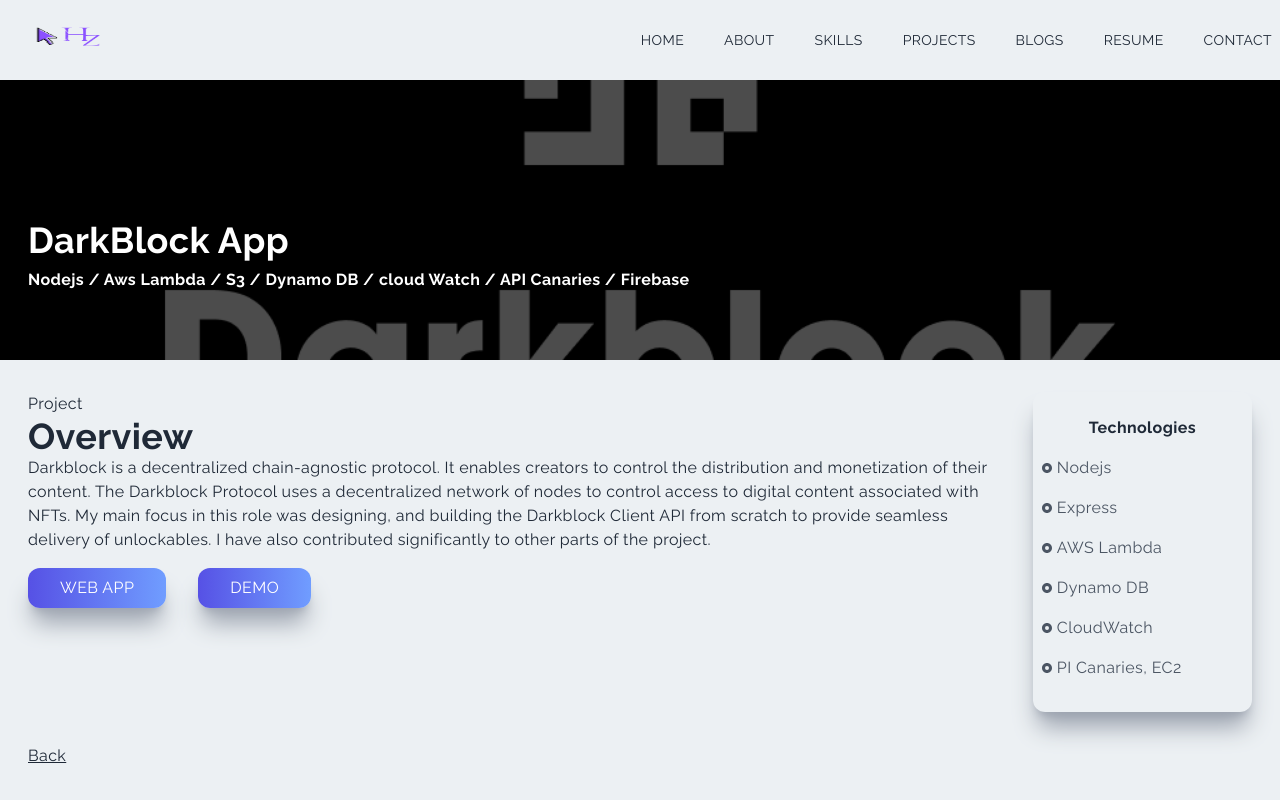
Repository: Hasnainzxc/testofolio
Page: /darkblock
These files come from the project's save history. The page is drawn as it stood at one moment and after the next save; the edit follows.
The browser window is 1280 px wide. The pictures show the whole page.
The project was rebuilt for these pictures with package versions that can differ from the ones it lists, and the page was loaded fresh each time. The framework's server and built-in components were replaced by stand-ins that run in the browser. Also part of the build but not shown: next.config.js.

Above is the page before, as saved 2023-01-29 06:09:25.

### pages/darkblock.jsx
import Image from 'next/image';
import React from 'react';
import darkblockImg from '../public/assets/sajidprojects/darkblock.jpg';
import { RiRadioButtonFill } from 'react-icons/ri';
import Link from 'next/link';

const darkblock = () => {
  return (
    <div className='w-full'>
      <div className='w-screen h-[50vh] relative'>
        <div className='absolute top-0 left-0 w-full h-[50vh] bg-black/70 z-10' />
        <Image
          className='absolute z-1'
          layout='fill'
          objectFit='cover'
          src={darkblockImg}
          alt='/'
        />
        <div className='absolute top-[70%] max-w-[1240px] w-full left-[50%] right-[50%] translate-x-[-50%] translate-y-[-50%] text-white z-10 p-2'>
          <h2 className='py-2'>DarkBlock App</h2>
          <h3>Nodejs / Aws Lambda / S3 / Dynamo DB / cloud Watch / API Canaries / Firebase</h3>
        </div>
      </div>

      <div className='max-w-[1240px] mx-auto p-2 grid md:grid-cols-5 gap-8 py-8'>
        <div className='col-span-4'>
          <p>Project</p>
          <h2>Overview</h2>

          <p>
Darkblock is a decentralized chain-agnostic protocol. It enables creators to control the distribution and monetization of their content.
The Darkblock Protocol uses a decentralized network of nodes to control access to digital content associated with NFTs.
My main focus in this role was designing, and building the Darkblock Client API from scratch to provide seamless delivery of unlockables.
I have also contributed significantly to other parts of the project.   </p>


          <a
            href='https://app.darkblock.io/'
            target='_blank'
            rel='noreferrer'
          >
            <button className='px-8 py-2 mt-4 mr-8'>WEB APP</button>
          </a>
          <a
            href='https://app.darkblock.io/'
            target='_blank'
            rel='noreferrer'
          >
            <button className='px-8 py-2 mt-4'>DEMO</button>
          </a>
        </div>
        <div className='col-span-4 md:col-span-1 shadow-xl shadow-gray-400 rounded-xl py-4'>
          <div className='p-2'>
            <p className='text-center font-bold pb-2'>Technologies</p>
            <div className='grid grid-cols-3 md:grid-cols-1'>
              <p className='text-gray-600 py-2 flex items-center'>
                <RiRadioButtonFill className='pr-1' /> Nodejs
              </p>
              <p className='text-gray-600 py-2 flex items-center'>
                <RiRadioButtonFill className='pr-1' /> Express
              </p>
              <p className='text-gray-600 py-2 flex items-center'>
                <RiRadioButtonFill className='pr-1' /> AWS Lambda
              </p>
              <p className='text-gray-600 py-2 flex items-center'>
                <RiRadioButtonFill className='pr-1' />  Dynamo DB
              </p>
              <p className='text-gray-600 py-2 flex items-center'>
                <RiRadioButtonFill className='pr-1' /> CloudWatch
              </p>
              <p className='text-gray-600 py-2 flex items-center'>
                <RiRadioButtonFill className='pr-1' /> PI Canaries, EC2
              </p>
            </div>
          </div>
        </div>
        <Link href='/#projects'>
  <p className='underline cursor-pointer transition duration-500 ease-in-out hover:text-indigo-500 transform hover:-translate-y-1 hover:scale-110'>Back</p>
</Link>


      </div>
    </div>
  );
};

export default darkblock;

### components/Navbar.jsx
import Image from 'next/image';
import Link from 'next/link';
import React, { useState, useEffect } from 'react';
import { AiOutlineClose, AiOutlineMail, AiOutlineMenu } from 'react-icons/ai';
import { FaGithub, FaLinkedinIn } from 'react-icons/fa';
import { BsFillPersonLinesFill } from 'react-icons/bs';
// import { useRouter } from 'next/router';
import logo from '../public/assets/logo.png'

const Navbar = () => {
  const [nav, setNav] = useState(false);
  const [shadow, setShadow] = useState(false);
  const [navBg, setNavBg] = useState('#ecf0f3');
  const [linkColor, setLinkColor] = useState('#1f2937');
  // const [position, setPosition] = useState('fixed')
  // const router = useRouter();

  // useEffect(() => {
  //   if (
  //     router.asPath === '/property' ||
  //     router.asPath === '/crypto' ||
  //     router.asPath === '/netflix' ||
  //     router.asPath === '/twitch'
  //   ) {
  //     setNavBg('transparent');
  //     setLinkColor('#ecf0f3');
  //   } else {
  //     setNavBg('#ecf0f3');
  //     setLinkColor('#1f2937');
  //   }
  // }, [router]);

  const handleNav = () => {
    setNav(!nav);
  };

  useEffect(() => {
    const handleShadow = () => {
      if (window.scrollY >= 90) {
        setShadow(true);
      } else {
        setShadow(false);
      }
    };
    window.addEventListener('scroll', handleShadow);
  }, []);

  return (
    <div
      style={{ backgroundColor: `${navBg}` }}
      className={
        shadow
          ? 'fixed w-full h-20 shadow-xl z-[100] ease-in-out duration-300'
          : 'fixed w-full h-20 z-[100]'
      }
    >
      <div className='flex justify-between items-center w-full h-full px-2 2xl:px-16'>
        <Link href='/'>
          <a>
            <Image
              src={logo}
              alt='/'
              width='125'
              height='50'
              className='cursor-pointer'
            />
          </a>
        </Link>
        <div>
          <ul style={{ color: `${linkColor}` }} className='hidden md:flex'>
            <li className='ml-10 text-sm uppercase hover:border-b'>
              <Link href='/'>Home</Link>
            </li>
            <li className='ml-10 text-sm uppercase hover:border-b'>
              <Link href='/#about'>About</Link>
            </li>
            <li className='ml-10 text-sm uppercase hover:border-b'>
              <Link href='/#skills'>Skills</Link>
            </li>
            <li className='ml-10 text-sm uppercase hover:border-b'>
              <Link href='/#projects'>Projects</Link>
            </li>
            <li className='ml-10 text-sm uppercase hover:border-b'>
              <Link href='/#Blog'>Blogs</Link>
            </li>
            <li className='ml-10 text-sm uppercase hover:border-b'>
              <Link href='/resume'>Resume</Link>
            </li>
            <li className='ml-10 text-sm uppercase hover:border-b'>
              <Link href='/#contact'>Contact</Link>
            </li>
          </ul>
          {/* Hamburger Icon */}
          <div
            style={{ color: `${linkColor}` }}
            onClick={handleNav}
            className='md:hidden'
          >
            <AiOutlineMenu size={25} />
          </div>
        </div>
      </div>

      {/* Mobile Menu */}
      {/* Overlay */}
      <div
        className={
          nav ? 'md:hidden fixed left-0 top-0 w-full h-screen bg-black/70' : ''
        }
      >
        {/* Side Drawer Menu */}
        <div
          className={
            nav
              ? ' fixed left-0 top-0 w-[75%] sm:w-[60%] md:w-[45%] h-screen bg-[#ecf0f3] p-10 ease-in duration-500'
              : 'fixed left-[-100%] top-0 p-10 ease-in duration-500'
          }
        >
          <div>
            <div className='flex w-full items-center justify-between'>
              <Link href='/'>
                <a>
                  <Image
                    src={logo}
                    width='87'
                    height='35'
                    alt='/'
                  />
                </a>
              </Link>
              <div
                onClick={handleNav}
                className='rounded-full shadow-lg shadow-gray-400 p-3 cursor-pointer'
              >
                <AiOutlineClose />
              </div>
            </div>
            <div className='border-b border-gray-300 my-4'>
              <p className='w-[85%] md:w-[90%] py-4'>
                Let&#39;s build something legendary together
              </p>
            </div>
          </div>
          <div className='py-4 flex flex-col'>
            <ul className='uppercase'>
              <Link href='/'>
                <li onClick={() => setNav(false)} className='py-4 text-sm'>
                  Home
                </li>
              </Link>
              <Link href='/#about'>
                <li onClick={() => setNav(false)} className='py-4 text-sm'>
                  About
                </li>
              </Link>
              <Link href='/#skills'>
                <li onClick={() => setNav(false)} className='py-4 text-sm'>
                  Skills
                </li>
              </Link>
              <Link href='/#projects'>
                <li onClick={() => setNav(false)} className='py-4 text-sm'>
                  Projects
                </li>
              </Link>
              <Link href='/resume'>
                <li onClick={() => setNav(false)} className='py-4 text-sm'>
                  Resume
                </li>
              </Link>
              <Link href='/#contact'>
                <li onClick={() => setNav(false)} className='py-4 text-sm'>
                  Contact
                </li>
              </Link>
            </ul>
            <div className='pt-40'>
              <p className='uppercase tracking-widest text-[#5651e5]'>
                Let&#39;s Connect
              </p>
              <div className='flex items-center justify-between my-4 w-full sm:w-[80%]'>
                <a
                  href='
                  https://www.linkedin.com/in/hasnainzxc//'
                  target='_blank'
                  rel='noreferrer'
                >
                  <div className='rounded-full shadow-lg shadow-gray-400 p-3 cursor-pointer hover:scale-105 ease-in duration-300'>
                    <FaLinkedinIn />
                  </div>
                </a>
                <a
                  href='https://github.com/Hasnainzxc'
                  target='_blank'
                  rel='noreferrer'
                >
                  <div className='rounded-full shadow-lg shadow-gray-400 p-3 cursor-pointer hover:scale-105 ease-in duration-300'>
                    <FaGithub />
                  </div>
                </a>
                <Link href='/#contact'>
                  <div
                    onClick={() => setNav(!nav)}
                    className='rounded-full shadow-lg shadow-gray-400 p-3 cursor-pointer hover:scale-105 ease-in duration-300'
                  >
                    <AiOutlineMail />
                  </div>
                </Link>
                <Link href='/resume'>
                  <div
                    onClick={() => setNav(!nav)}
                    className='rounded-full shadow-lg shadow-gray-400 p-3 cursor-pointer hover:scale-105 ease-in duration-300'
                  >
                    <BsFillPersonLinesFill />
                  </div>
                </Link>
              </div>
            </div>
          </div>
        </div>
      </div>
    </div>
  );
};

export default Navbar;

Loaded but not shown: pages/_app.js (common file); pages/_document.js (common file); styles/globals.css (common file); tailwind.config.js (common file)

After the next save:
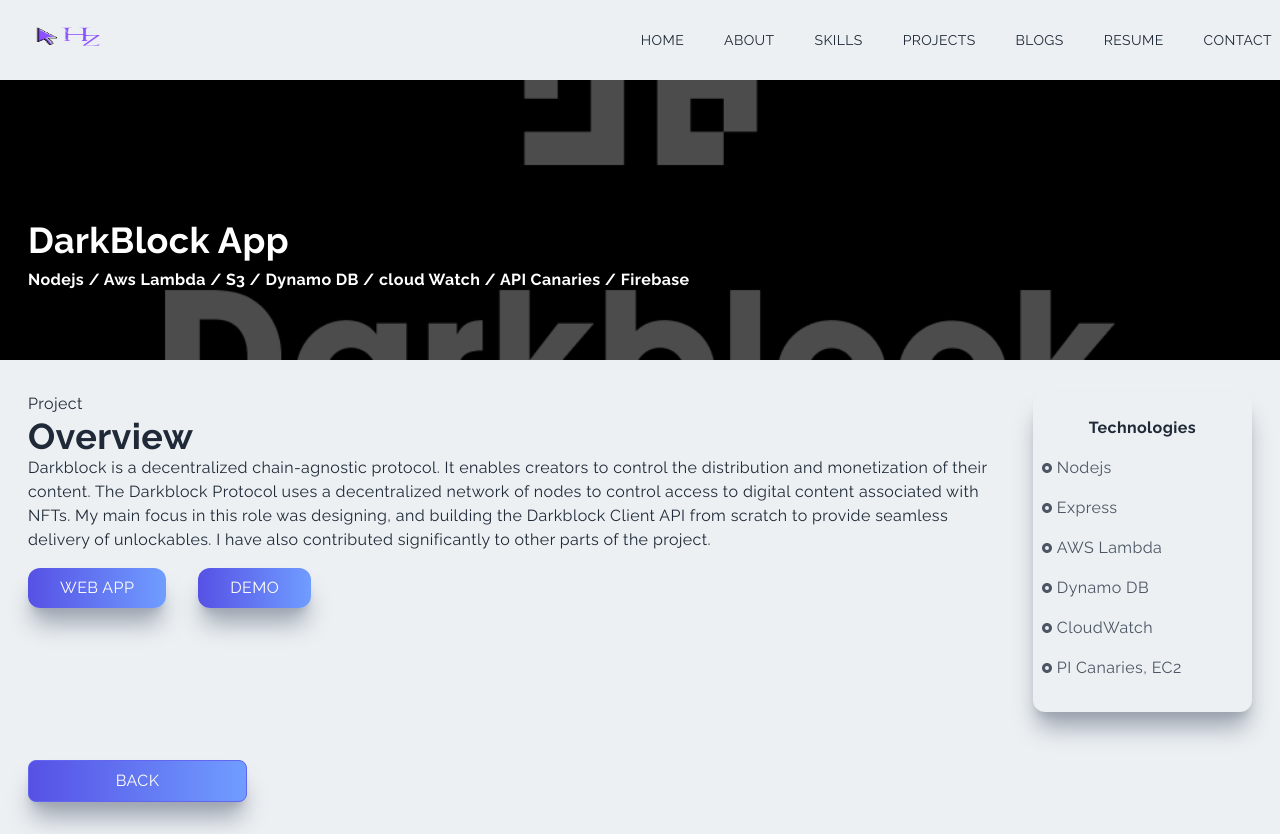
Saved 3 min 24 s later.
--- a/pages/darkblock.jsx
+++ b/pages/darkblock.jsx
@@ -75,9 +75,10 @@
           </div>
         </div>
         <Link href='/#projects'>
-  <p className='underline cursor-pointer transition duration-500 ease-in-out hover:text-indigo-500 transform hover:-translate-y-1 hover:scale-110'>Back</p>
+  <button className='px-8 py-2 mt-4 text-white bg-indigo-500 hover:bg-indigo-600 rounded-lg border border-indigo-500 hover:border-indigo-600 transition duration-500 ease-in-out transform hover:-translate-y-1 hover:scale-110'>
+    Back
+  </button>
 </Link>
-
 
       </div>
     </div>
